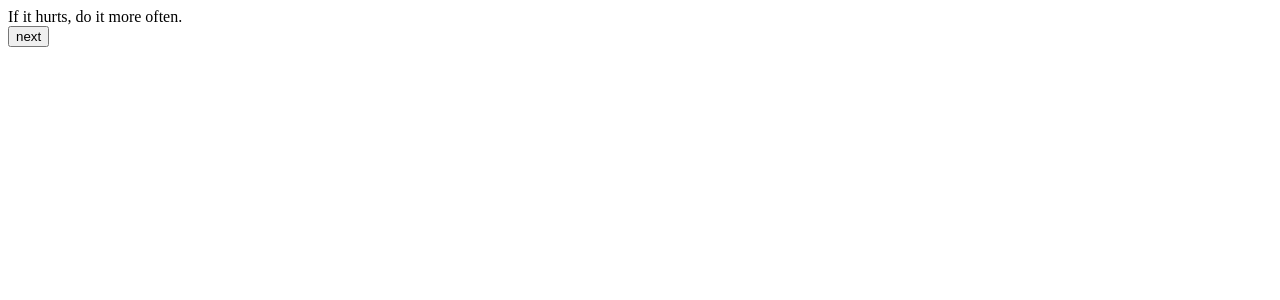
Repository: Wainhouse/Full_Stack_Open_2022
Page: / (app in part2/course_info/)
An editor plug-in stored every save of this project. The page is shown before and after the next save, followed by the edit.
The browser window is 1280 px wide. The pictures show the whole page.
The project was rebuilt for these pictures with package versions that can differ from the ones it lists, and the page was loaded fresh each time.

Above is the page before, as saved 2022-11-24 16:49:36.

### part2/course_info/src/App.js
import { useState } from 'react'

const App = () => {
  const anecdotes = [
    'If it hurts, do it more often.',
    'Adding manpower to a late software project makes it later!',
    'The first 90 percent of the code accounts for the first 10 percent of the development time...The remaining 10 percent of the code accounts for the other 90 percent of the development time.',
    'Any fool can write code that a computer can understand. Good programmers write code that humans can understand.',
    'Premature optimization is the root of all evil.',
    'Debugging is twice as hard as writing the code in the first place. Therefore, if you write the code as cleverly as possible, you are, by definition, not smart enough to debug it.',
    'Programming without an extremely heavy use of console.log is same as if a doctor would refuse to use x-rays or blood tests when diagnosing patients.'
  ]

  const [selected, setSelected] = useState(0)

  const handleClickNext = () => {
    setSelected(Math.floor(Math.random() * anecdotes.length))

  }

  return (
    <div>
      {anecdotes[selected]}
      <br/>
      <button onClick={() =>handleClickNext()}>next</button>
    </div>
  )
}

export default App

Loaded but not shown: part2/course_info/public/index.html (common file); part2/course_info/src/index.js (common file)

After the next save:
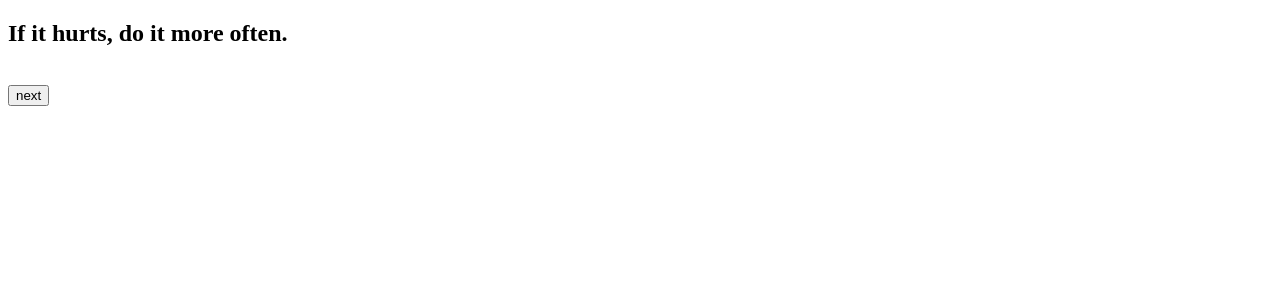
Saved 32 s later.
--- a/part2/course_info/src/App.js
+++ b/part2/course_info/src/App.js
@@ -20,7 +20,7 @@ const App = () => {
 
   return (
     <div>
-      {anecdotes[selected]}
+      <h2>{anecdotes[selected]}</h2>
       <br/>
       <button onClick={() =>handleClickNext()}>next</button>
     </div>
